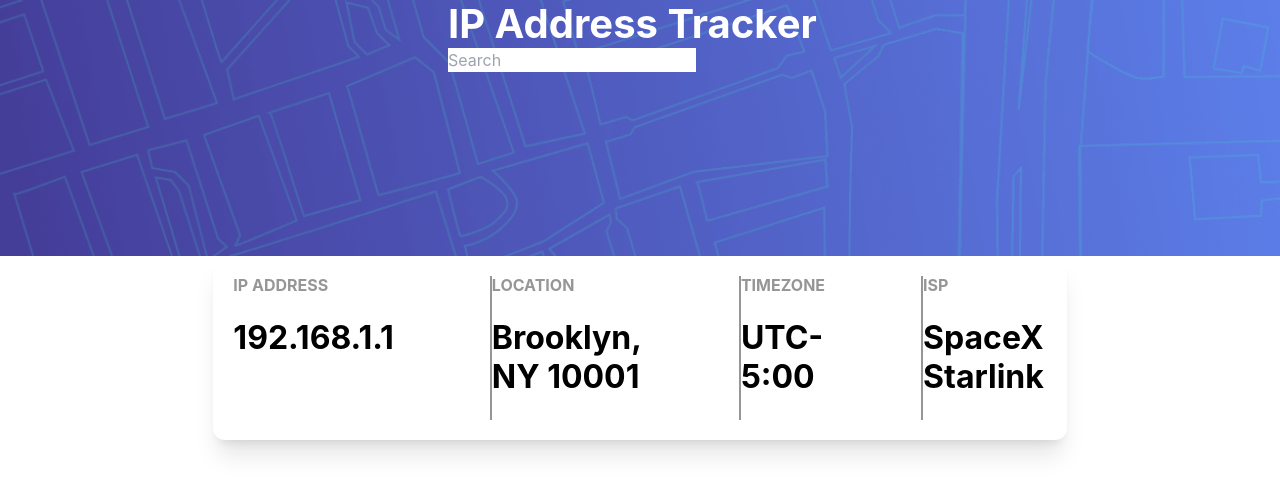
Repository: Dealsy/IP-Tracker
Page: /
The author's editor kept a copy of each file at every save. The page is drawn from the files as they stood at one save, then again after the next save.
The browser window is 1280 px wide. The pictures show the whole page.
The project was rebuilt for these pictures with package versions that can differ from the ones it lists, and the page was loaded fresh each time. The framework's server and built-in components were replaced by stand-ins that run in the browser. Also part of the build but not shown: next.config.js.

Above is the page before, as saved 2022-04-21 21:56:23.

### pages/index.js
import Head from "next/head";

export default function Home() {
  return (
    <div>
      <Head>
        <title>Create Next App</title>
        <meta name="description" content="Generated by create next app" />
        <link rel="icon" href="/favicon.ico" />
      </Head>

      <main>
        <div className="bg-Backdrop h-64 bg-no-repeat	 bg-cover">
          <h1 className="text-white w-96 m-auto">IP Address Tracker</h1>
          <div className="w-96 m-auto">
            <input type="search" placeholder="Search" />
          </div>
        </div>

        <div className="flex flex-row justify-evenly border-0 shadow-xl w-4/6 m-auto rounded-xl p-5">
          <div className=" border-r-2 border-Gray pr-24">
            <h3>IP ADDRESS</h3>
            <h2> 192.168.1.1 </h2>
          </div>
          <div className=" border-r-2 border-Gray pr-24">
            <h3> LOCATION </h3>
            <h2> Brooklyn, NY 10001 </h2>
          </div>
          <div className=" border-r-2 border-Gray pr-24">
            <h3>TIMEZONE</h3>
            <h2> UTC-5:00 </h2>
          </div>
          <div>
            <h3>ISP</h3>
            <h2>SpaceX Starlink</h2>
          </div>
        </div>
      </main>

      <footer></footer>
    </div>
  );
}

### styles/globals.css
@tailwind base;
@tailwind components;
@tailwind utilities;


h1 {
  font-size: 2.5rem;
  font-weight: 700;
  line-height: 1.2;
  margin-bottom: 1.5rem;
}

h2 {
  font-size: 2rem;
  font-weight: 700;
  line-height: 1.2;
  margin-bottom: 1.5rem;
}

h3 {
  font-size: 1rem;
  font-weight: 700;
  line-height: 1.2;
  margin-bottom: 1.5rem;
  color: #969696;
}


html,
body {
  padding: 0;
  margin: 0;
  font-family: -apple-system, BlinkMacSystemFont, Segoe UI, Roboto, Oxygen,
    Ubuntu, Cantarell, Fira Sans, Droid Sans, Helvetica Neue, sans-serif;
}

a {
  color: inherit;
  text-decoration: none;
}

* {
  box-sizing: border-box;
}

### tailwind.config.js
module.exports = {
  content: [
    "./pages/**/*.{js,ts,jsx,tsx}",
    "./components/**/*.{js,ts,jsx,tsx}",
  ],
  theme: {
    extend: {
      colors: {
        "Dark-Gray": "#2b2b2b",
        Gray: "#969696",
      },
      backgroundImage: {
        Backdrop: "url('../images/pattern-bg.png')",
      },
    },
  },
  plugins: [],
};

Loaded but not shown: pages/_app.js (common file)

After the next save:
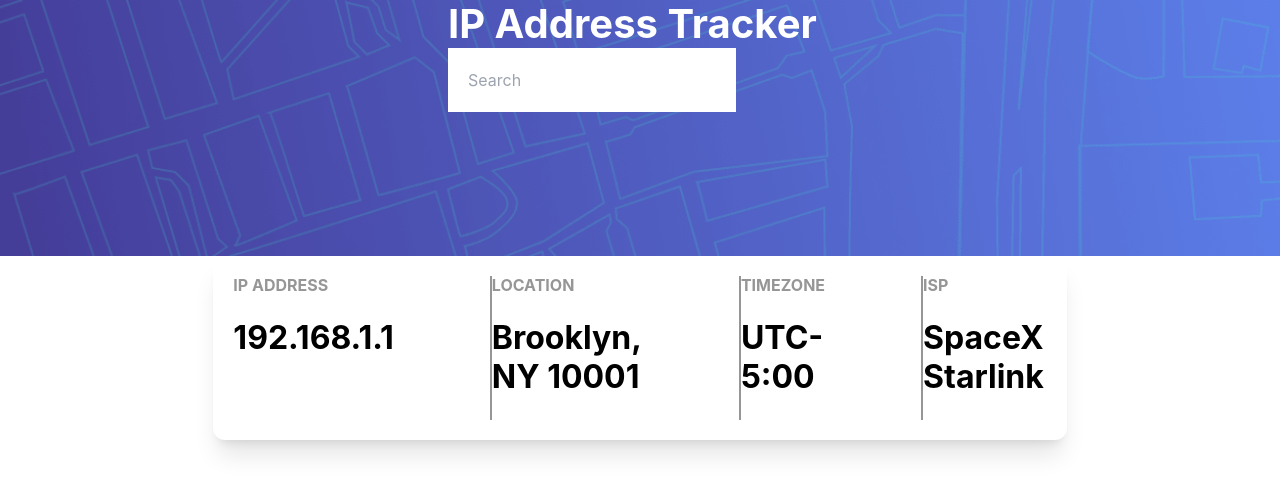
Saved 32 s later.
--- a/pages/index.js
+++ b/pages/index.js
@@ -13,7 +13,7 @@ export default function Home() {
         <div className="bg-Backdrop h-64 bg-no-repeat	 bg-cover">
           <h1 className="text-white w-96 m-auto">IP Address Tracker</h1>
           <div className="w-96 m-auto">
-            <input type="search" placeholder="Search" />
+            <input className="p-5" type="search" placeholder="Search" />
           </div>
         </div>
 
